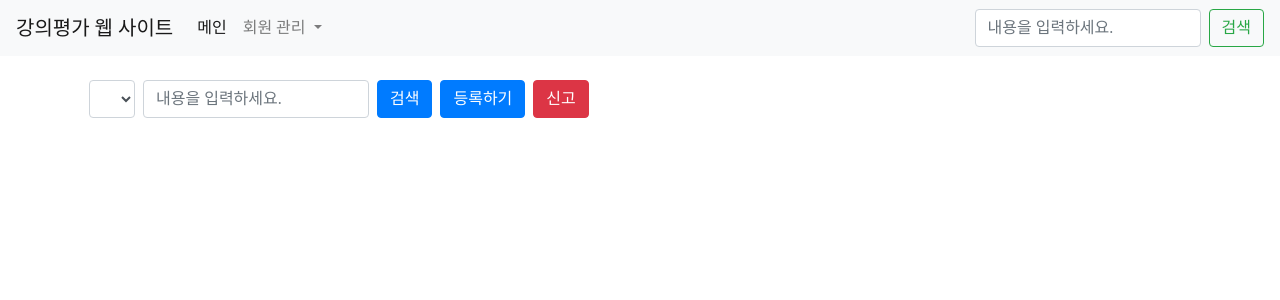
Repository: cldud5221/thdcldud
Page: http://localhost/info/
The author's editor kept a copy of each file at every save. The page is drawn from the files as they stood at one save, then again after the next save.
The browser window is 1280 px wide. The pictures show the whole page.
Some web fonts or font styles are not loaded; a fallback is used. The page is served by Tomcat 9. Other server files are loaded and not shown.

Above is the page before, as saved 2019-07-09 07:24:25.

### info/WebContent/index.jsp
<%@ page language="java" contentType="text/html; charset=UTF-8" pageEncoding="UTF-8"%>
<!DOCTYPE html>
<html>
<head>
	<meta http-equiv="Content-Type" content="text/html; charset=UTF-8">
	<meta name="viewport" content="width=device-width, initial-scale=1, shrink-to-fit=no">
	<title> 강의 평가 웹 사이트   </title>
	<!-- 부트스트랩 CSS 추가하기 -->
	<link rel="stylesheet" href="./css/bootstrap.min.css">
	<!-- 커스텀 CSS 추가하기 -->
	<link rel="stylesheet" href="./css/custom.css">
</head>
<body>
	<nav class="navbar navbar-expand-lg navbar-light bg-light">
		<a class="navbar-brand" href="index.jsp"> 강의평가 웹 사이트</a>
		<button class="navbar-toggler" type="button" data-toggle="collapse" data-target="#navbar">
			<span class="navbar-toggler-icon"></span>
		</button>
		<div id="navbar" class="collapse navbar-collapse">
			<ul class="navbar-nav mr-auto">
				<li class="nav-item active">
					<a class="nav-link" href="index.jsp">메인</a>
				</li>
				<li class="nav-item dropdown">
					<a class="nav-link dropdown-toggle" id="dropdown" data-toggle="dropdown">
						회원 관리
					</a>
					<div class="dropdown-menu" aria-labelledby="dropdown">
						<a class="dropdown-item" href="#">로그인</a>
						<a class="dropdown-item" href="#">회원가입</a>
						<a class="dropdown-item" href="#">로그아웃</a>
					</div>
				</li>
			</ul>
			<form class="form-inline my-2 my-lg-0">
				<input class="form-control mr-sm-2" type="search" placeholder="내용을 입력하세요." aria-label="Search">
				<button class="btn btn-outline-success my-2 my-sm-0" type="submit">검색</button>
			</form>
		</div>
	</nav>
	<section class="container">
		<form method="get" action="./index.jsp" class="form-inline mt-3">
			<select name="lectureDivide" class="form-control mx-1 mt-2">
				<option value="전체"></option>
				<option value="보안"></option>
				<option value="자바"></option>
				<option value="웹 개발"></option>
			</select>
			<input type="text" name="search" class="form-control mx-1 mt-2" placeholder="내용을 입력하세요.">
			<button type="submit" class="btn btn-primary mx-1 mt-2">검색</button>
			<a class="btn btn-primary mx-1 mt-2" data-toggle="modal" href="#registerModal">등록하기</a>
			<a class="btn btn-danger mx-1 mt-2" data-toggle="modal" href="#registerModal">신고</a>
		</form>
	</section>
	<!-- 제이쿼리 자바스크립트 추가하기 -->
	<script src="./js/jquery.min.js"></script>
	<!-- 파퍼 자바스크립트 추가하기 -->
	<script src="./js/pooper.js"></script>
	<!-- 부트스트랩 자바스크립트 추가하기 -->
	<script src="./js/bootstrap.min.js"></script>
</body>
</html>

### info/WebContent/css/custom.css
@import url(https://fonts.googleapis.com/earlyaccess/jejugothic.css);
@import url(https://fonts.googleapis.com/earlyaccess/nanumgothic.css);
.navbar-brand, h1, h2, h3, h4 {
	font-family: 'Jeju Gothic';
}
h5 {
	font-family: 'Jeju Gothic';
	font-size: 18px;
}
body {
	font-family: 'Nanum Gothic';
}

Loaded but not shown: info/WebContent/css/bootstrap.min.css (library); info/WebContent/js/jquery.min.js (library); info/WebContent/js/pooper.js (library); info/WebContent/js/bootstrap.min.js (library)

After the next save:
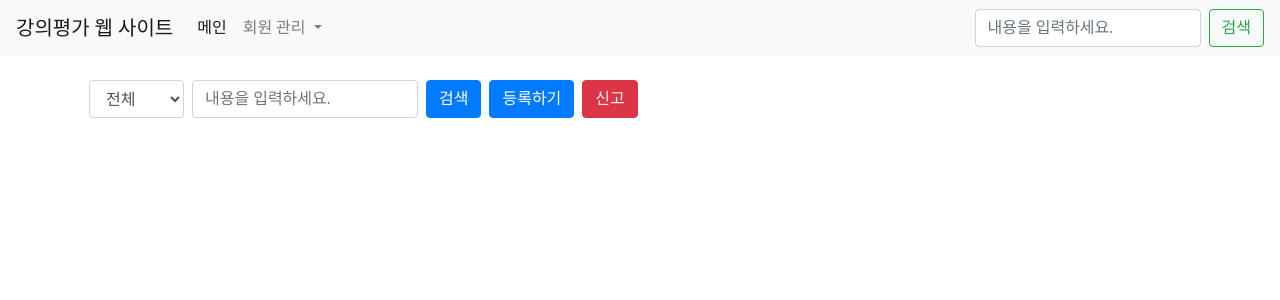
Saved 46 s later.
--- a/info/WebContent/index.jsp
+++ b/info/WebContent/index.jsp
@@ -41,10 +41,10 @@
 	<section class="container">
 		<form method="get" action="./index.jsp" class="form-inline mt-3">
 			<select name="lectureDivide" class="form-control mx-1 mt-2">
-				<option value="전체"></option>
-				<option value="보안"></option>
-				<option value="자바"></option>
-				<option value="웹 개발"></option>
+				<option value="전체">전체</option>
+				<option value="보안">보안</option>
+				<option value="자바">자바</option>
+				<option value="웹 개발">웹 개발</option>
 			</select>
 			<input type="text" name="search" class="form-control mx-1 mt-2" placeholder="내용을 입력하세요.">
 			<button type="submit" class="btn btn-primary mx-1 mt-2">검색</button>
